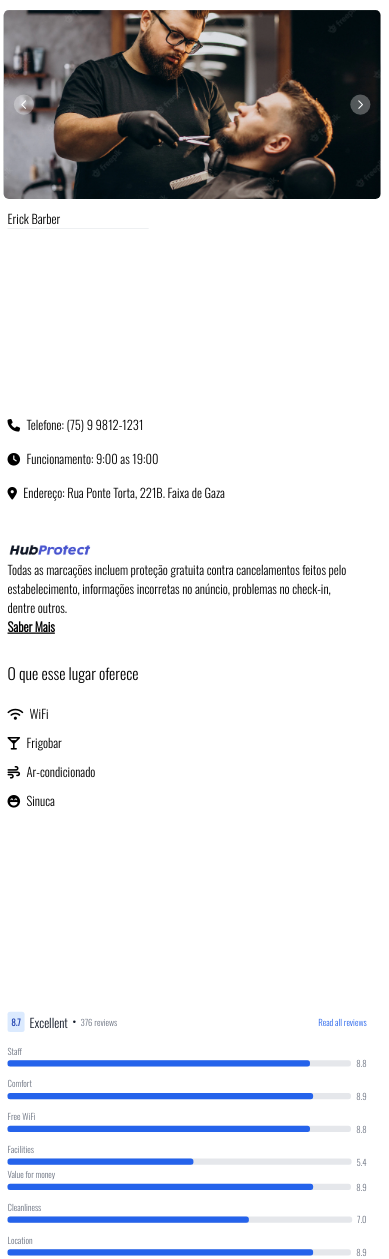
Repository: nailson493/BeardHub-TCC
Page: http://localhost/
These files come from the project's save history. The page is drawn as it stood at one moment and after the next save; the edit follows.
The browser window is 600 px wide. The page is 618 px wide, so the pictures cover 618 px, including what lies to the right of the window. The pictures show the whole page, at 63% of full size.
Some web libraries are served in a nearby version. The page is run by PHP 8.4 with error messages shown; the project is at /var/www/html/.

Above is the page before, as saved 2022-12-11 22:38:44.

### Estabelecimento/index.html
<!DOCTYPE html>
<html lang="pt-br">
<head>
    <meta charset="UTF-8">
    <meta http-equiv="X-UA-Compatible" content="IE=edge">
    <meta name="viewport" content="width=device-width, initial-scale=0.55">
    <!-- <meta name="viewport" content= "width=device-width, user-scalable=no"> -->
    <title>Document</title>
    <link rel="stylesheet" href="https://cdn.jsdelivr.net/npm/@fortawesome/fontawesome-free@6.2.1/css/fontawesome.min.css" />
    <link rel="stylesheet" href="https://fonts.googleapis.com/css2?family=Inter:wght@300;400;500;600;700&display=swap" />
    <!-- <link rel="stylesheet" href="https://cdn.jsdelivr.net/npm/tw-elements/dist/css/index.min.css" /> -->
    <script src="https://cdn.tailwindcss.com"></script>
    <script src="https://cdn.jsdelivr.net/npm/tw-elements/dist/js/index.min.js"></script>
    <link rel="stylesheet" href="pg.css">
    <script src="https://unpkg.com/flowbite@1.5.4/dist/flowbite.js"></script>
    <link rel="stylesheet" href="https://unpkg.com/flowbite@1.5.4/dist/flowbite.min.css" />
    <script src="https://unpkg.com/flowbite@1.5.5/dist/datepicker.js"></script>
    <link rel="stylesheet" href="https://cdnjs.cloudflare.com/ajax/libs/font-awesome/6.2.1/css/all.min.css" integrity="sha512-MV7K8+y+gLIBoVD59lQIYicR65iaqukzvf/nwasF0nqhPay5w/9lJmVM2hMDcnK1OnMGCdVK+iQrJ7lzPJQd1w==" crossorigin="anonymous" referrerpolicy="no-referrer" />
    <link href="https://fonts.googleapis.com/css2?family=Oswald:wght@300&display=swap" rel="stylesheet">

</head>



<body>

  <div id="box-picture" class="container mx-auto  justify-center mt-4 ">
    <div class="grid md:grid-rows-2 grid-flow-col  grid-cols-4 gap-4 " id="dividido">
     <div class="row-span-2 col-span-2">
      <div id="default-carousel" class="relative h-full " data-carousel="static">
        <!-- Carousel wrapper -->
        <div id="teste" class="relative h-full overflow-hidden rounded-lg ">
             <!-- Item 1 -->
            <div class="hidden duration-700 ease-in-out" data-carousel-item>
                <span class="absolute text-2xl font-semibold text-white -translate-x-1/2 -translate-y-1/2 top-1/2 left-1/2 sm:text-3xl dark:text-gray-800">First Slide</span>
                <img src="img/handsome-man-cutting-beard-barber-shop-salon_1303-20932.webp" class="absolute h-full object-cover  h-full object-cover block w-full -translate-x-1/2 -translate-y-1/2 top-1/2 left-1/2" alt="...">
            </div>
            <!-- Item 2 -->
            <div class="hidden duration-700 ease-in-out" data-carousel-item>
                <img src="img/handsome-man-cutting-beard-barber-shop-salon_1303-20932.webp" class="absolute h-full object-cover block w-full -translate-x-1/2 -translate-y-1/2 top-1/2 left-1/2" alt="...">
            </div>
            <!-- Item 3 -->
            <div class="hidden duration-700 ease-in-out" data-carousel-item>
                <img src="img/handsome-man-cutting-beard-barber-shop-salon_1303-20932.webp" class="absolute h-full object-cover   block w-full -translate-x-1/2 -translate-y-1/2 top-1/2 left-1/2" alt="...">
            </div>
        </div>
        <!-- Slider indicators -->

        <!-- Slider controls -->
        <button type="button" class="absolute top-0 left-0 z-30 flex items-center justify-center h-full px-4 cursor-pointer group focus:outline-none" data-carousel-prev>
            <span class="inline-flex items-center justify-center w-8 h-8 rounded-full sm:w-10 sm:h-10 bg-white/30 dark:bg-gray-800/30 group-hover:bg-white/50 dark:group-hover:bg-gray-800/60 group-focus:ring-4 group-focus:ring-white dark:group-focus:ring-gray-800/70 group-focus:outline-none">
                <svg aria-hidden="true" class="w-5 h-5 text-white sm:w-6 sm:h-6 dark:text-gray-800" fill="none" stroke="currentColor" viewBox="0 0 24 24" xmlns="http://www.w3.org/2000/svg"><path stroke-linecap="round" stroke-linejoin="round" stroke-width="2" d="M15 19l-7-7 7-7"></path></svg>
                <span class="sr-only">Previous</span>
            </span>
        </button>
        <button type="button" class="absolute top-0 right-0 z-30 flex items-center justify-center h-full px-4 cursor-pointer group focus:outline-none" data-carousel-next>
            <span class="inline-flex items-center justify-center w-8 h-8 rounded-full sm:w-10 sm:h-10 bg-white/30 dark:bg-gray-800/30 group-hover:bg-white/50 dark:group-hover:bg-gray-800/60 group-focus:ring-4 group-focus:ring-white dark:group-focus:ring-gray-800/70 group-focus:outline-none">
                <svg aria-hidden="true" class="w-5 h-5 text-white sm:w-6 sm:h-6 dark:text-gray-800" fill="none" stroke="currentColor" viewBox="0 0 24 24" xmlns="http://www.w3.org/2000/svg"><path stroke-linecap="round" stroke-linejoin="round" stroke-width="2" d="M9 5l7 7-7 7"></path></svg>
                <span class="sr-only">Next</span>
            </span>
        </button>
    </div>
  </div>
        <div class="side-card"><img class="rounded-md h-full" src="img/handsome-man-cutting-beard-barber-shop-salon_1303-20932.webp" alt="image description"></div>
        <div class="side-card"><img class="rounded-md h-full" src="img/handsome-man-cutting-beard-barber-shop-salon_1303-20932.webp" alt="image description"></div>
        <div class="side-card"><img class="rounded-md h-full " src="img/handsome-man-cutting-beard-barber-shop-salon_1303-20932.webp" alt="image description"></div>
        <div class="side-card"><img class="rounded-md h-full" src="img/handsome-man-cutting-beard-barber-shop-salon_1303-20932.webp" alt="image description"></div>
      </div>
    </div>




    <section id="secao" class="container mx-auto  justify-center mt-4">


      <div class="bar">
        <div class="text-description">
          <h1>Erick Barber</h1>
            <!-- <div class="icon-profile relative mx-auto justify-center mt-4">
              <a href="">
                <img src="/icon.jpg" alt="">
              </a>
            </div> -->
          <hr class="w-56">
        </div>
      </div>

      <form id="form" class="">
        <div class="flex flex-wrap -mx-3 mb-6">
          <div class="w-full md:w-1/2 px-3 mb-6 md:mb-0">
            <label class="block uppercase tracking-wide text-white text-xs font-bold mb-2" for="grid-last-name">
              Data
            </label>
            <div class="sticky">
              <div class=" flex absolute inset-y-0 left-0 items-center pl-3 pointer-events-none">
                <i class="fa-solid fa-calendar-days"></i>
              </div>
              <input datepicker type="text" class="bg-white border border-gray-300 text-gray-900 text-sm rounded-lg focus:ring-blue-500 focus:border-blue-500 block w-full pl-10 p-2.5 dark:bg-white dark:border-gray-600 dark:placeholder-gray-4JUdGzvrMFDWrUUwY3toJATSeNwjn54LkCnKBPRzDuhzi5vSepHfUckJNxRL2gjkNrSqtCoRUrEDAgRwsQvVCjZbRyFTLRNyDmT1a1boZV">
            </div>
          </div>
          <div class="w-full md:w-1/2 px-3 mb-1">
            <label class="block uppercase tracking-wide text-white text-xs font-bold mb-2" for="grid-last-name">
              Horario
            </label>
            <select id="countries" class="bg-white border border-gray-300 text-gray-900 text-sm rounded-lg focus:ring-blue-500 focus:border-blue-500 block w-full p-2.5 dark:bg-white dark:border-gray-600 dark:placeholder-gray-4JUdGzvrMFDWrUUwY3toJATSeNwjn54LkCnKBPRzDuhzi5vSepHfUckJNxRL2gjkNrSqtCoRUrEDAgRwsQvVCjZbRyFTLRNyDmT1a1boZV">
              <option selected>Choose a country</option>
              <option value="US">United States</option>
              <option value="CA">Canada</option>
              <option value="FR">France</option>
              <option value="DE">Germany</option>
            </select>
          </div>
        </div>
        <div class="flex flex-wrap -mx-3 mb-6">
          <div class="w-full px-3">
            <label class="block uppercase tracking-wide text-white text-xs font-bold mb-2" for="grid-last-name">
              Funcionario
            </label>
            <select id="countries" class="bg-white border border-gray-300 text-gray-900 text-sm rounded-lg focus:ring-blue-500 focus:border-blue-500 block w-full p-2.5 dark:bg-white dark:border-gray-600 dark:placeholder-gray-4JUdGzvrMFDWrUUwY3toJATSeNwjn54LkCnKBPRzDuhzi5vSepHfUckJNxRL2gjkNrSqtCoRUrEDAgRwsQvVCjZbRyFTLRNyDmT1a1boZV">
              <option selected>Choose a country</option>
              <option value="US">United States</option>
              <option value="CA">Canada</option>
              <option value="FR">France</option>
              <option value="DE">Germany</option>
            </select>
          </div>
        </div>
        <div class="flex flex-wrap -mx-3 mb-6">
          <div class="w-full px-3">
            <label class="block uppercase tracking-wide text-white text-xs font-bold mb-2" for="grid-last-name">
              Serviço
            </label>
            <select id="countries" class="bg-white border border-gray-300 text-gray-900 text-sm rounded-lg focus:ring-blue-500 focus:border-blue-500 block w-full p-2.5 dark:bg-white dark:border-gray-600 dark:placeholder-gray-4JUdGzvrMFDWrUUwY3toJATSeNwjn54LkCnKBPRzDuhzi5vSepHfUckJNxRL2gjkNrSqtCoRUrEDAgRwsQvVCjZbRyFTLRNyDmT1a1boZV">
              <option selected>Choose a country</option>
              <option value="US">United States</option>
              <option value="CA">Canada</option>
              <option value="FR">France</option>
              <option value="DE">Germany</option>
            </select>
          </div>
        </div>
          <div class="flex flex-wrap -mx-3 mb-6">
            <div class="w-full px-3">
              <button type="button" class=" w-full text-white bg-gradient-to-r from-blue-500 via-blue-600 to-blue-700 hover:bg-gradient-to-br focus:ring-4 focus:outline-none focus:ring-blue-300 dark:focus:ring-blue-800 font-medium rounded-lg text-sm px-5 py-2.5 text-center ">Reservar</button>
            </div>
          </div>
      </form>


      <div id="lista" class="flex flex-col relative ">
        <ul style="list-style-type: none;">
          <li class="mt-6"><i class="fa-solid fa-phone"></i>&ensp;Telefone: (75) 9 9812-1231</li>
          <li class="mt-6"><i class="fa-solid fa-clock"></i>&ensp;Funcionamento: 9:00 as 19:00</li>
          <li class="mt-6"><i class="icon fas fa-map-marker-alt"></i>&ensp;Endereço: Rua Ponte Torta, 221B. Faixa de Gaza</li>
        </ul>





      <div id="protect" class="" >
        <img src="/img/prot.png" alt="">
        <p>Todas as marcações incluem proteção gratuita contra cancelamentos feitos pelo estabelecimento, informações incorretas no anúncio, problemas no check-in, dentre outros.
        </p>
        <a href=""> Saber Mais</a>

      </div>

      <div class="place-title mt-10">
        <h1>O que esse lugar oferece</h1>
        <div id="place" class="gap-8 lg:grid lg:grid-cols-2  place-content-center w-[35rem] justify-center md:shrink-0 mt-4">
          <div ><li class="mt-4"><i class="fa-solid fa-wifi"></i>&ensp;WiFi</li></div>
          <div ><li class="mt-4"><i class="fa-solid fa-martini-glass"></i>&ensp;Frigobar</li></div>
          <div ><li class="mt-4"><i class="fa-solid fa-wind"></i>&ensp;Ar-condicionado</li></div>
          <div><li class="mt-4"><i class="fa-solid fa-face-laugh-beam"></i>&ensp;Sinuca</li></div>
        </div>
      </div>

      <!-- <div class="flex flex-col ...">
        <div>
          <i class="fa-solid fa-phone"> </i>
        </div>
        <div>02</div>
        <div>03</div>
      </div> -->



<div id="feedback" class="relative top-[20rem] ">
    <div class="flex items-center mb-5">
      <p class="bg-blue-100 text-blue-800 text-sm font-semibold inline-flex items-center p-1.5 rounded dark:bg-blue-200 dark:text-blue-800">8.7</p>
      <p class="ml-2 font-medium text-gray-900 dark:text-black">Excellent</p>
      <span class="w-1 h-1 mx-2 bg-gray-900 rounded-full dark:bg-gray-500"></span>
      <p class="text-sm font-medium text-gray-500 dark:text-gray-400">376 reviews</p>
      <a href="#" class="ml-auto text-sm font-medium text-blue-600 hover:underline dark:text-blue-500">Read all reviews</a>
    </div>
  <div class="gap-8 sm:grid sm:grid-cols-2">
    <div>
        <dl>
            <dt class="text-sm font-medium text-gray-500 dark:text-gray-400">Staff</dt>
            <dd class="flex items-center mb-3">
                <div class="w-full bg-gray-200 rounded h-2.5 dark:bg-gray-700 mr-2">
                    <div class="bg-blue-600 h-2.5 rounded dark:bg-blue-500" style="width: 88%"></div>
                </div>
                <span class="text-sm font-medium text-gray-500 dark:text-gray-400">8.8</span>
            </dd>
        </dl>
        <dl>
            <dt class="text-sm font-medium text-gray-500 dark:text-gray-400">Comfort</dt>
            <dd class="flex items-center mb-3">
                <div class="w-full bg-gray-200 rounded h-2.5 dark:bg-gray-700 mr-2">
                    <div class="bg-blue-600 h-2.5 rounded dark:bg-blue-500" style="width: 89%"></div>
                </div>
                <span class="text-sm font-medium text-gray-500 dark:text-gray-400">8.9</span>
            </dd>
        </dl>
        <dl>
            <dt class="text-sm font-medium text-gray-500 dark:text-gray-400">Free WiFi</dt>
            <dd class="flex items-center mb-3">
                <div class="w-full bg-gray-200 rounded h-2.5 dark:bg-gray-700 mr-2">
                    <div class="bg-blue-600 h-2.5 rounded dark:bg-blue-500" style="width: 88%"></div>
                </div>
                <span class="text-sm font-medium text-gray-500 dark:text-gray-400">8.8</span>
            </dd>
        </dl>
        <dl>
            <dt class="text-sm font-medium text-gray-500 dark:text-gray-400">Facilities</dt>
            <dd class="flex items-center">
                <div class="w-full bg-gray-200 rounded h-2.5 dark:bg-gray-700 mr-2">
                    <div class="bg-blue-600 h-2.5 rounded dark:bg-blue-500" style="width: 54%"></div>
                </div>
                <span class="text-sm font-medium text-gray-500 dark:text-gray-400">5.4</span>
            </dd>
        </dl>
    </div>
    <div>
        <dl>
            <dt class="text-sm font-medium text-gray-500 dark:text-gray-400">Value for money</dt>
            <dd class="flex items-center mb-3">
                <div class="w-full bg-gray-200 rounded h-2.5 dark:bg-gray-700 mr-2">
                    <div class="bg-blue-600 h-2.5 rounded dark:bg-blue-500" style="width: 89%"></div>
                </div>
                <span class="text-sm font-medium text-gray-500 dark:text-gray-400">8.9</span>
            </dd>
        </dl>
        <dl>
            <dt class="text-sm font-medium text-gray-500 dark:text-gray-400">Cleanliness</dt>
            <dd class="flex items-center mb-3">
                <div class="w-full bg-gray-200 rounded h-2.5 dark:bg-gray-700 mr-2">
                    <div class="bg-blue-600 h-2.5 rounded dark:bg-blue-500" style="width: 70%"></div>
                </div>
                <span class="text-sm font-medium text-gray-500 dark:text-gray-400">7.0</span>
            </dd>
        </dl>
        <dl>
            <dt class="text-sm font-medium text-gray-500 dark:text-gray-400">Location</dt>
            <dd class="flex items-center">
                <div class="w-full bg-gray-200 rounded h-2.5 dark:bg-gray-700 mr-2">
                    <div class="bg-blue-600 h-2.5 rounded dark:bg-blue-500" style="width: 89%"></div>
                </div>
                <span class="text-sm font-medium text-gray-500 dark:text-gray-400">8.9</span>
            </dd>
        </dl>
    </div>
  </div>













</div>









    </section>

  <!-- <form id="form" class="">
  <div class="flex flex-wrap -mx-3 mb-6">
    <div class="w-full md:w-1/2 px-3 mb-6 md:mb-0">
      <label class="block uppercase tracking-wide text-white text-xs font-bold mb-2" for="grid-last-name">
        Data
      </label>
      <div class="sticky">
        <div class=" flex absolute inset-y-0 left-0 items-center pl-3 pointer-events-none">
          <i class="fa-solid fa-calendar-days"></i>
        </div>
        <input datepicker type="text" class="bg-white border border-gray-300 text-gray-900 text-sm rounded-lg focus:ring-blue-500 focus:border-blue-500 block w-full pl-10 p-2.5 dark:bg-white dark:border-gray-600 dark:placeholder-gray-4JUdGzvrMFDWrUUwY3toJATSeNwjn54LkCnKBPRzDuhzi5vSepHfUckJNxRL2gjkNrSqtCoRUrEDAgRwsQvVCjZbRyFTLRNyDmT1a1boZV">
      </div>
    </div>
    <div class="w-full md:w-1/2 px-3 mb-1">
      <label class="block uppercase tracking-wide text-white text-xs font-bold mb-2" for="grid-last-name">
        Horario
      </label>
      <select id="countries" class="bg-white border border-gray-300 text-gray-900 text-sm rounded-lg focus:ring-blue-500 focus:border-blue-500 block w-full p-2.5 dark:bg-white dark:border-gray-600 dark:placeholder-gray-4JUdGzvrMFDWrUUwY3toJATSeNwjn54LkCnKBPRzDuhzi5vSepHfUckJNxRL2gjkNrSqtCoRUrEDAgRwsQvVCjZbRyFTLRNyDmT1a1boZV">
        <option selected>Choose a country</option>
        <option value="US">United States</option>
        <option value="CA">Canada</option>
        <option value="FR">France</option>
        <option value="DE">Germany</option>
      </select>
    </div>
  </div>
  <div class="flex flex-wrap -mx-3 mb-6">
    <div class="w-full px-3">
      <label class="block uppercase tracking-wide text-white text-xs font-bold mb-2" for="grid-last-name">
        Funcionario
      </label>
      <select id="countries" class="bg-white border border-gray-300 text-gray-900 text-sm rounded-lg focus:ring-blue-500 focus:border-blue-500 block w-full p-2.5 dark:bg-white dark:border-gray-600 dark:placeholder-gray-4JUdGzvrMFDWrUUwY3toJATSeNwjn54LkCnKBPRzDuhzi5vSepHfUckJNxRL2gjkNrSqtCoRUrEDAgRwsQvVCjZbRyFTLRNyDmT1a1boZV">
        <option selected>Choose a country</option>
        <option value="US">United States</option>
        <option value="CA">Canada</option>
        <option value="FR">France</option>
        <option value="DE">Germany</option>
      </select>
    </div>
  </div>
  <div class="flex flex-wrap -mx-3 mb-6">
    <div class="w-full px-3">
      <label class="block uppercase tracking-wide text-white text-xs font-bold mb-2" for="grid-last-name">
        Serviço
      </label>
      <select id="countries" class="bg-white border border-gray-300 text-gray-900 text-sm rounded-lg focus:ring-blue-500 focus:border-blue-500 block w-full p-2.5 dark:bg-white dark:border-gray-600 dark:placeholder-gray-4JUdGzvrMFDWrUUwY3toJATSeNwjn54LkCnKBPRzDuhzi5vSepHfUckJNxRL2gjkNrSqtCoRUrEDAgRwsQvVCjZbRyFTLRNyDmT1a1boZV">
        <option selected>Choose a country</option>
        <option value="US">United States</option>
        <option value="CA">Canada</option>
        <option value="FR">France</option>
        <option value="DE">Germany</option>
      </select>
    </div>
  </div>
    <div class="flex flex-wrap -mx-3 mb-6">
      <div class="w-full px-3">
        <button type="button" class=" w-full text-white bg-gradient-to-r from-blue-500 via-blue-600 to-blue-700 hover:bg-gradient-to-br focus:ring-4 focus:outline-none focus:ring-blue-300 dark:focus:ring-blue-800 font-medium rounded-lg text-sm px-5 py-2.5 text-center ">Reservar</button>
      </div>
    </div>
</form> -->


</body>
</html>

### Estabelecimento/pg.css
body{
    height: 100vh;
}


.side-card img{
    min-height: 50px;
    max-height: 250px;
    object-fit: cover;
}




#description h1{
    margin-left: 10%;
}

.text-description h1{
  font-size: 20px;
  font-family: 'Oswald', sans-serif;

}

#lista{
    margin-top: -28%;
    font-size: 20px;
    font-family: 'Oswald', sans-serif;
}

.bar a{

    width: 100%;
}

    .bar img{
        border-radius: 50%;
        width: 100%;

    }

.icon-profile{
    width: 18%;
}


#protect{
    margin-top: 3%;
    min-width: 100px;
}

#protect img{

    width: 20%;
    margin-left: -1.5%;
}

#protect p{
    min-width: 50%;
    width: 50%;
}

#protect a{
    font-weight: bolder;
    text-decoration: underline;
}

#place{
    list-style: none;
    font-size: 20px;
    font-family: 'Oswald', sans-serif;
}




.place-title h1{
  font-size: 25px;
  font-weight: 500;
}

#default-carousel{
    width: 100%;
    min-width: 300px;
}


#form{
    margin-left: 60%;
    background-color: #111827;
    padding: 1%;
    border-radius: 2%;
    position: sticky;
    top: 10px;
    box-shadow: rgba(0, 0, 0, 0.35) 0px 5px 15px;

}

#datepicker-header{
    background-color: blueviolet;
}



@media screen and (max-width: 756px){
    .side-card{
        display: none;
    }
    #default-carousel{
        width: 205%;
        height: 300px;
    }
    #form{
        visibility: hidden;
    }

     #protect{
        margin-top: 20%;
    }
    #protect p{
        width: 90%;
    }
    #protect img{
        margin-top: -10%;
        width: 25%;
    }
    #feedback{
        width: 95%;
    }
}

@media screen and (max-width: 661px){
    #default-carousel{
        width: 205%;
        height: 300px;
        margin-left: 2%;
    }
    #secao{
        margin-left: 2%;
    }

    #protect img{
        margin-top: -10%;
        width: 25%;
    }
}


@media screen and (max-width: 400px){
    #default-carousel{
        width: 550px;
        height: 300px;
    }
}


@media screen and (max-width: 703px){
    #lista{
        margin-top: %;
    }
}





@media screen and (max-width: 376px){


    #protect img{
        width: 40%;
        margin-left: -8px;
    }
    #protect p{
        min-width: 150%;
    }

}

After the next save:
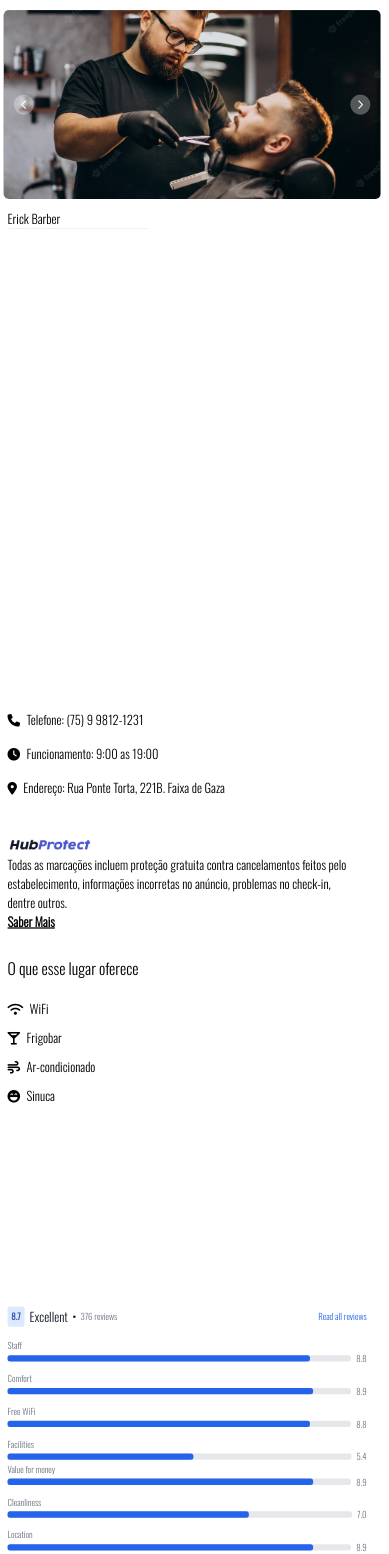
Saved 9 s later.
--- a/Estabelecimento/pg.css
+++ b/Estabelecimento/pg.css
@@ -156,7 +156,7 @@
 
 @media screen and (max-width: 703px){
     #lista{
-        margin-top: %;
+        margin-top: 300px;
     }
 }
 
